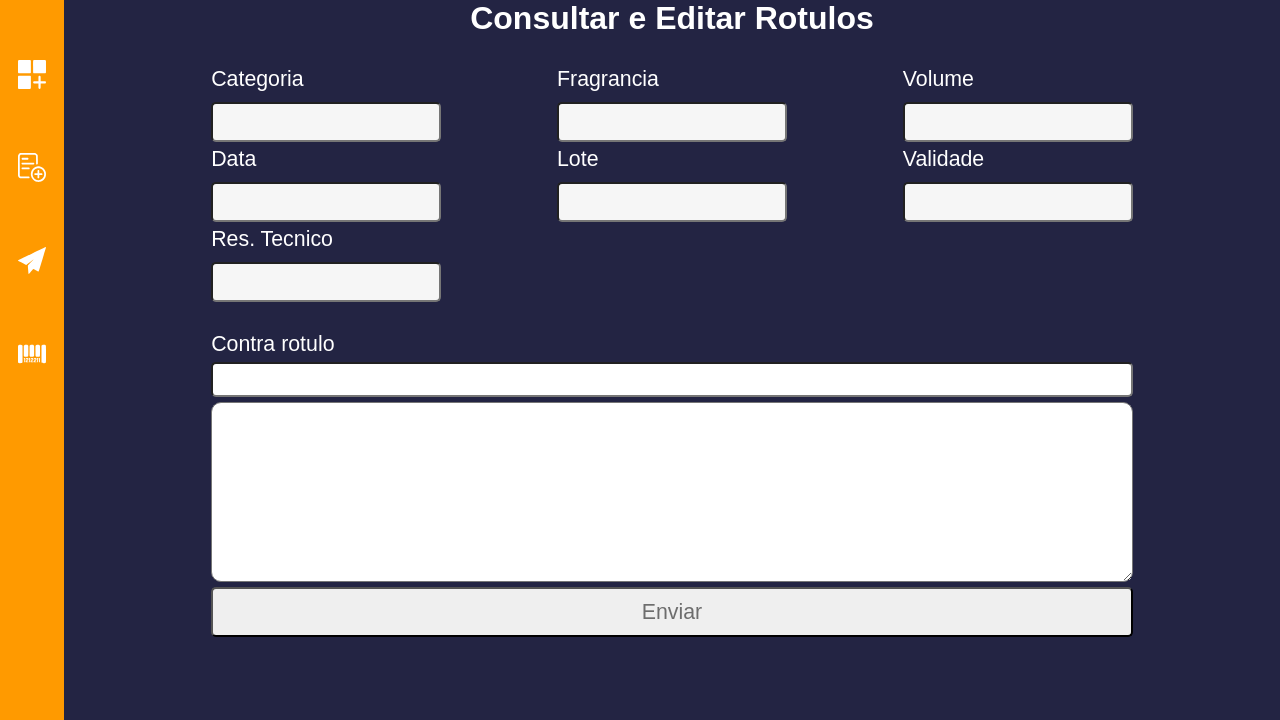
Repository: jeanjanrley/Organizador-de-rotulos
Page: /consultar
An editor plug-in stored every save of this project. The page is shown before and after the next save, followed by the edit.
The browser window is 1280 px wide. The pictures show the whole page.
The project was rebuilt for these pictures with package versions that can differ from the ones it lists, and the page was loaded fresh each time. Also part of the build but not shown: src/pages/home/Home.js.

Above is the page before, as saved 2021-06-26 15:47:51.

### src/index.js
import React from 'react';
import ReactDOM from 'react-dom';
import App from './App';
import reportWebVitals from './reportWebVitals';



ReactDOM.render(
  <React.StrictMode>
    <App />
  </React.StrictMode>,
  document.getElementById('root')
);
reportWebVitals();

### src/App.js
import {BrowserRouter, Route, Switch} from 'react-router-dom'
import './styles/global.scss'

import Home from './pages/home/Home'
import Consultar from './pages/consultar/index'

function App() {
  return (
    <BrowserRouter>
        <Switch>
          <Route path={'/'} exact component={Home}/>
          <Route path={'/consultar'}  component={Consultar}/>
        </Switch>
    </BrowserRouter>
  );
}

export default App;

### src/styles/global.scss
*{
    margin: 0;
    padding: 0;
    box-sizing: border-box;
    font-family: 'Poppins', sans-serif;
}

body{
    background: #232443;

}

.Page{
    display: flex;
}


h1, h2, h3, h4, h5, h6, p, span{
    color: #fff;
}

input{
    color: rgb(92, 92, 92);
}

a{
    text-decoration: none;
    color: #fff;
    font-size: 16pt;
}



main{
    display: flex;
    flex-direction: column;
    width: 95vw;
    height: 100%;
    justify-content: center;
    justify-items: center;
    align-content: center;
    align-items: center;

}

### src/pages/consultar/index.js
import React from 'react';
import Aside from '../../components/aside/index'
import Filter from '../../components/filter/index'

import '../home/styles.scss'


export default function Home(){
    return(
        <div className="Page">
            <Aside/>
            <main className="Home">

                <h1>Consultar e Editar Rotulos</h1>
                <div className="filterArea">
                    <Filter title="Categoria"/>
                    <Filter title="Fragrancia"/>
                    <Filter title="Volume"/>
                    <Filter title="Data"/>
                    <Filter title="Lote"/>
                    <Filter title="Validade"/>
                    <Filter title="Res. Tecnico"/>
                </div>

                <div className="contra-rotulo">
                    <span>Contra rotulo</span>

                    <input list="contra-rotulos" className="filter-rotulo"/>

                    <datalist id='contra-rotulos'>
                        <option value='Aromatizante - Cereja e aveia - 250 ml'/>
                    </datalist>

                    <textarea/>
                    <button onClick={() => alert('Enviado com sucesso!')} type="button">Enviar</button>
                </div>


            </main>
        </div>
    )
}

### src/components/aside/index.js
import React from 'react'
import {Link} from 'react-router-dom'
import './styles.scss'
import add from '../../assets/icons/add.svg'
import prancher from '../../assets/icons/prancher.svg'
import direct from '../../assets/icons/direct.svg'
import codigo from '../../assets/icons/codigo.svg'

export default function Aside() {
    return(
        <aside>
            <div className="add">
                    <img src={add} />
                <Link className="Link" to={'/'}>
                    N-R
                </Link>
                <Link className="Link" to={'/Consultar'}>
                    C-E
                </Link>
            </div>
            <div className="prancher">
                    <img src={prancher} />
                <Link className="Link" to={'/Home'}>
                    N-R
                </Link>
                <Link className="Link" to={'/Home'}>
                    C-E
                </Link>
            </div>
            <div className="direct">
                    <img src={direct} />
                <Link className="Link" to={'/Home'}>
                    N-R
                </Link>
                <Link className="Link" to={'/Home'}>
                    C-E
                </Link>
            </div>
            <div className="codigo">
                    <img src={codigo} />
                <Link className="Link" to={'/Home'}>
                    N-R
                </Link>
                <Link className="Link" to={'/Home'}>
                    C-E
                </Link>
            </div>
        </aside>
    )
}

### src/components/filter/index.js
import React from 'react'
import './styles.scss'

export default function(props){
    return(
        <div className="filter">
            <span>{props.title}</span>
            <input list={props.id} name={props.id} id={props.id}/>
            <datalist id={props.id}>
                <option value={props.value}/>
             </datalist>
        </div>
    )
}

### src/pages/home/styles.scss
.Home{
    gap: 30px;

    .filterArea{
        display: flex;
        flex-wrap: wrap;
        flex-direction: row;
        justify-content: space-between;
        gap: 5px;
        width: 72vw;

    }

    .contra-rotulo{
        display: flex;
        flex-direction: column;
        align-items: left;
        justify-content: left;
        gap: 5px;

        .filter-rotulo{
            width: 72vw;
            height: 35px;
            border-radius: 5px;

        }

        span {
            font-size: 16pt;
        }

        > textarea{
            width: 72vw;
            resize: vertical;
            min-height: 25vh;
            border-radius: 10px;

        }

        button{
            height: 50px;
            width: 72vw;
            border-radius: 5px;
            font-size: 16pt;
            color: #6D6D6D;
        }
    }
}

### src/components/aside/styles.scss
aside{
    padding-top: 50px;
    display: flex;
    flex-direction: column;

    align-items: center;
    justify-content: baseline;

    width: 5vw;
    height: 100vh;
    background: #FF9A00;

    > div{
        display: flex;
        flex-direction: column;
        align-items: center;
        width: 100%;
        margin-bottom: 30px;
        padding: 10px 0;
        transition: 0.5s;
        gap: 10px;



        img{
            width: 4vh;
            height: 4vh;
            margin-bottom: 2vh;
        }
        .Link{
            display: none,

        }
    }

    > div:hover{
        display: flex;
        flex-direction: column;
        align-items: center;
        width: 100%;
        margin-bottom: 40px;
        background: #CC7B00;
        padding: 10px 0;


        img{
            width: 4vh;
            height: 4vh;
            margin-bottom: 2vh;
        }
        .Link{
            display: flex;
        }
    }
}

### src/components/filter/styles.scss
.filter{
    display: flex;
    flex-direction: column;
    justify-items: left;
    gap: 10px;

    > span{
        font-size: 16pt;

    }

    > input {
        width: 230px;
        height: 40px;
        border-radius: 5px;
        background: #F6F6F6;
    }
}

Loaded but not shown: src/reportWebVitals.js (common file)

After the next save:
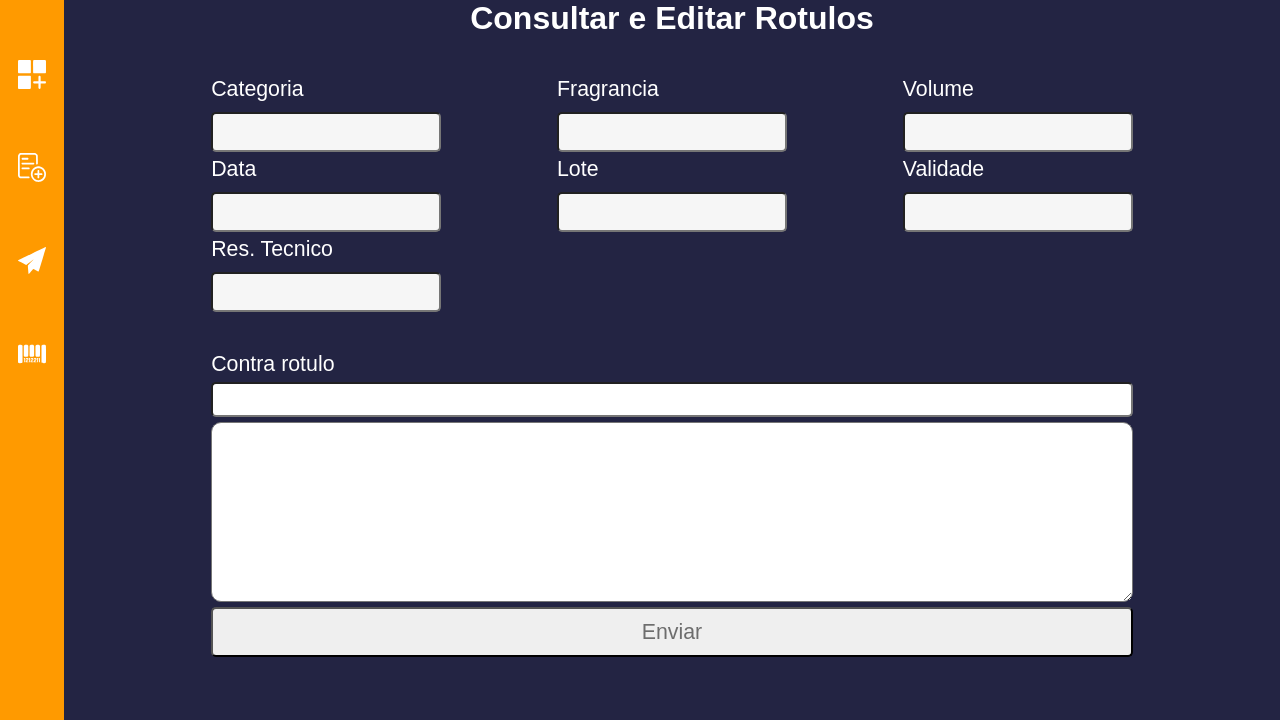
Saved 6 s later.
--- a/src/pages/home/styles.scss
+++ b/src/pages/home/styles.scss
@@ -1,5 +1,5 @@
 .Home{
-    gap: 30px;
+    gap: 40px;
 
     .filterArea{
         display: flex;
